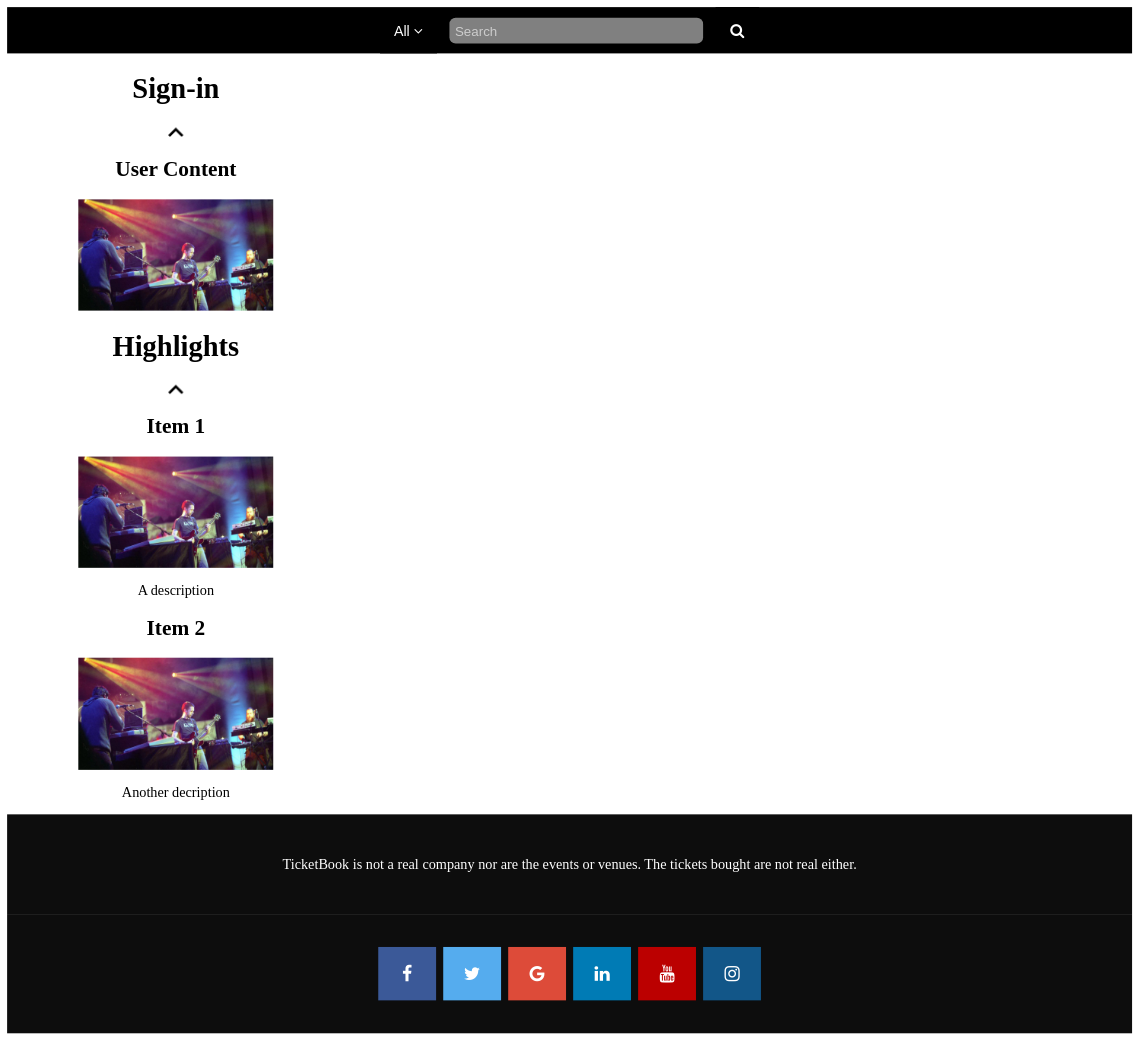
Repository: QAJamesClive/FullStackJC
Page: jboss-javaee-ticketbook/src/main/webapp/results.html
These files come from the project's save history. The page is drawn as it stood at one moment and after the next save; the edit follows.
The browser window is 1280 px wide. The pictures show the whole page, at 89% of full size.

Above is the page before, as saved 2018-08-22 09:38:22.
Console error: TypeError: Cannot read properties of undefined (reading 'split')

### jboss-javaee-ticketbook/src/main/webapp/results.html
<html>
    <head>
        <link rel="stylesheet" href="https://cdnjs.cloudflare.com/ajax/libs/font-awesome/4.7.0/css/font-awesome.min.css">
        <link rel="stylesheet" href="style/footer.css">
        <link rel="stylesheet" href="style/main.css">
        <link rel="stylesheet" href="style/header.css">
        <link rel="stylesheet" href="style/results.css">
    </head>
    <body>
        <header>
            <div id = "search">
                <div class="dropdown">
                    <button onclick="dropdown()" id ="dropbtn" class ="dropbtn">All <i class="fa fa-angle-down"></i></button>
                    <div id="myDropdown" class="dropdown-content">
                        <a onclick="setFilter('Bands')">Bands</a>
                        <a onclick="setFilter('Venues')">Venues</a>
                        <a onclick="setFilter('Events')">Events</a>
                        <a onclick="setFilter('All')">All</a>
                    </div>
                </div>
                <input type="text" id="searchTerm" placeholder="Search">
                <button onclick="location.href='/results.html'"id="searchBtn" class="fa fa-search"></button>
            </div>
        </header>
        <main>
            <div id = leftSection>
                <div id = "Section">
                    <div id="profile">
                        <h1>Sign-in</h1>
                        <img src="img/up.png" onclick="hideSection('user')" id = "userHide">
                        <img src="img/down.png" onclick="showSection('user')" id = "userShow">
                        <div id ="userContent">
                            <div id = "Item">
                            <h2>User Content</h2>
                            <img src="img/gig.jpeg">
                        </div>
                        </div>
                    </div>
                </div>
                <div id = "Section">
                    <div id =highlights>
                        <h1>Highlights</h1>
                        <img src="img/up.png" onclick="hideSection('highlight')" id = "highlightHide">
                        <img src="img/down.png" onclick="showSection('highlight')" id = "highlightShow">
                        <div id = "highlightContent">
                        </div>
                    </div>
                </div>
            </div>
            <div id = rightSection>
                <div id = "Section">

                </div>
                <div id = "Section">

                </div>
            </div>
            </div>
        </main>
        <footer>
            <div id = "disclaimer">
                <p>TicketBook is not a real company nor are
                    the events or venues. The tickets bought
                    are not real either.</p>
            </div>
            <div id ="socialMedia">
                <a href="#" class="fa fa-facebook"></a>
                <a href="#" class="fa fa-twitter"></a>
                <a href="#" class="fa fa-google"></a>
                <a href="#" class="fa fa-linkedin"></a>
                <a href="#" class="fa fa-youtube"></a>
                <a href="#" class="fa fa-instagram"></a>
            </div>
        </footer>
    </body>
    <script src="script/highlight.js"></script>
    <script src="script/search.js"></script>
    <script src="script/resultsPage.js"></script>
</html>

### jboss-javaee-ticketbook/src/main/webapp/style/footer.css
#socialMedia{
  text-align: center;
  padding-bottom: 2.5%;
  padding-top: 2.5%;
  background-color: #0d0d0d;
}
#disclaimer{
  text-align: center;
  padding-bottom: 2.5%;
  padding-top: 2.5%;
  background-color: #0d0d0d;
  color:white;
}
#socialMedia .fa {
  padding: 20px;
  font-size: 20px;
  width: 25px;
  text-align: center;
  text-decoration: none;
  margin: 5px 2px;
}

#socialMedia .fa:hover {
    opacity: 0.7;
    cursor: pointer;
}

#socialMedia .fa-facebook {
  background: #3B5998;
  color: white;
}

#socialMedia .fa-twitter {
  background: #55ACEE;
  color: white;
}

#socialMedia .fa-google {
  background: #dd4b39;
  color: white;
}

#socialMedia .fa-linkedin {
  background: #007bb5;
  color: white;
}

#socialMedia .fa-youtube {
  background: #bb0000;
  color: white;
}

#socialMedia .fa-instagram {
  background: #125688;
  color: white;
}

### jboss-javaee-ticketbook/src/main/webapp/style/main.css
#Section{
    padding-left:5%;
    padding-right:5%;
    text-align: center;
}
#Item{
    padding-left:10%;
    padding-right:10%;
}
#Item:hover{
    opacity:0.5;
    cursor: pointer;
}
#Item img{
    width: 80%;
}
#highlightHide,#userHide{
    width:5%;
}
#highlightHide:hover, #highlightShow:hover,#userHide:hover,#userShow:hover{
    opacity:0.5;
    cursor: pointer;
}
#highlightShow,#userShow{
    width:5%;
    display: none;
}

### jboss-javaee-ticketbook/src/main/webapp/style/header.css
#search{
    padding-left:5%;
    padding-right:5%;
    text-align: center;
    background-color: black;
}
#searchTerm{
    background-color: grey;
    color: white;
    margin: 10px;
    font-size: 15px;
    border: none;
    padding:6px;
    border-radius: 7px;
    width:25%;
}
#searchTerm:hover{
    cursor: pointer;
}
::placeholder {
    color: white;
    opacity: .6;
}
#searchTerm:focus {
    outline:none;
}
.dropbtn {
    background-color: black;
    color: white;
    padding: 16px;
    font-size: 16px;
    border: none;
    cursor: pointer;
    border: noe;
}

.dropdown {
    position: relative;
    display: inline-block;
}
.dropdown-content {
    display: none;
    position: absolute;
    background-color: #f1f1f1;
    min-width: 160px;
    overflow: auto;
    box-shadow: 0px 8px 16px 0px rgba(0,0,0,0.2);
    z-index: 1;
}

.dropdown-content a {
    color: black;
    padding: 12px 16px;
    text-decoration: none;
    display: block;
}

.dropdown a:hover {
    background-color: #ddd;
}
.dropbtn:focus {
    outline:none;
}


.dropdown .show {
    display: block;
}

#searchBtn{
    background-color: black;
    color: white;
    padding: 17px;
    font-size: 17px;
    border: none;
    cursor: pointer;
}
#searchBtn:focus {
    outline:none;
}

### jboss-javaee-ticketbook/src/main/webapp/style/results.css
#leftSection{
    width :30%;
    display:inline-block;
    vertical-align: top;
}
#rightSection{
    width:60%;
    display:inline-block;
    vertical-align: top
}
#searchResults{
    margin-top: 10%;
    width:80%;
    margin-left:auto;
    margin-right:auto;
    text-align: center;
}
#searchResult{
    margin-top: 5%;
    width:100%;
    display: block;
    text-align:left;
}
#searchOptions{
    margin-left:auto;
    margin-right:auto;
    margin-top: 10%;
    width:80%;
}

### jboss-javaee-ticketbook/src/main/webapp/script/highlight.js
function hideSection(section){
    document.getElementById(section+"Content").style.display ="none";
    document.getElementById(section+"Show").style.display="inline"
    document.getElementById(section+"Hide").style.display="none"
    document.getElementById(section+"Show").style.textAlign="center";
}
function showSection(section){
    document.getElementById(section+"Content").style.display="inline";
    document.getElementById(section+"Hide").style.display="inline"
    document.getElementById(section+"Show").style.display="none"
    document.getElementById(section+"Hide").style.textAlign="center";
}

var highlights = [
    { title: 'Item 1', image: "img/gig.jpeg", description: "A description" },
    { title: 'Item 2', image: "img/gig.jpeg", description: "Another decription" },
];

for(i=0;i<highlights.length;i++){
    highlightContent = document.getElementById('highlightContent');
    highlightSection = document.createElement('div');
    highlightSection.innerHTML = "<h2>" + highlights[i].title + "</h2><img src='" + highlights[i].image + "'><p>" + highlights[i].description + "</p>";
    highlightSection.id = "Item";
    highlightContent.appendChild(highlightSection);
}

### jboss-javaee-ticketbook/src/main/webapp/script/search.js
function dropdown() {
    document.getElementById("myDropdown").classList.toggle("show");
}

// Close the dropdown if the user clicks outside of it
window.onclick = function(event) {
  if (!event.target.matches('.dropbtn')) {

    var dropdowns = document.getElementsByClassName("dropdown-content");
    var i;
    for (i = 0; i < dropdowns.length; i++) {
      var openDropdown = dropdowns[i];
      if (openDropdown.classList.contains('show')) {
        openDropdown.classList.remove('show');
      }
    }
  }
}
function setFilter(item){
    filter = document.getElementById("dropbtn").textContent;
    document.getElementById("dropbtn").innerHTML = item + ' <i class="fa fa-angle-down"></i>';
    listOfItems = document.getElementById("myDropdown");
    console.log(filter);
}
function search(page){
  input = document.getElementById("searchTerm").value;
  filter = document.getElementById("dropbtn").textContent;
  console.log(input);
  console.log(filter);
  var queryString = "?para1=" + input + "&para2=" + filter;
  window.location.href = page+".html" + queryString;
}

### jboss-javaee-ticketbook/src/main/webapp/script/resultsPage.js

getdata();
	function getdata(){
	    var queryString = decodeURIComponent(window.location.search);
	    queryString = queryString.substring(1);
	    var queries = queryString.split("&");
	    var searchList = queries[0].split("=");
	    var search = searchList[1];
	    var searchTypeList = queries[1].split("=");
	    var searchType = searchTypeList[1];

	    var requestURL = 'http://localhost:8080/jboss-javaee-ticketbook/example/web/find/'+search+'/'+searchType;
	    var request = new XMLHttpRequest();

	    request.open('GET', requestURL);
	    request.responseType = 'json';
	    request.send();
	    request.onload = function () {
	    var reply = request.response;
	    for (i in reply){
	    	replyI = reply[i];
	    	for(j in replyI){
		    	var myH1 = document.createElement('h1');
		        myH1.textContent = j+" "+replyI[j];
		        document.getElementsByID('rightSection')[0].appendChild(myH1);
	    	}
	    }
	}

}

After the next save:
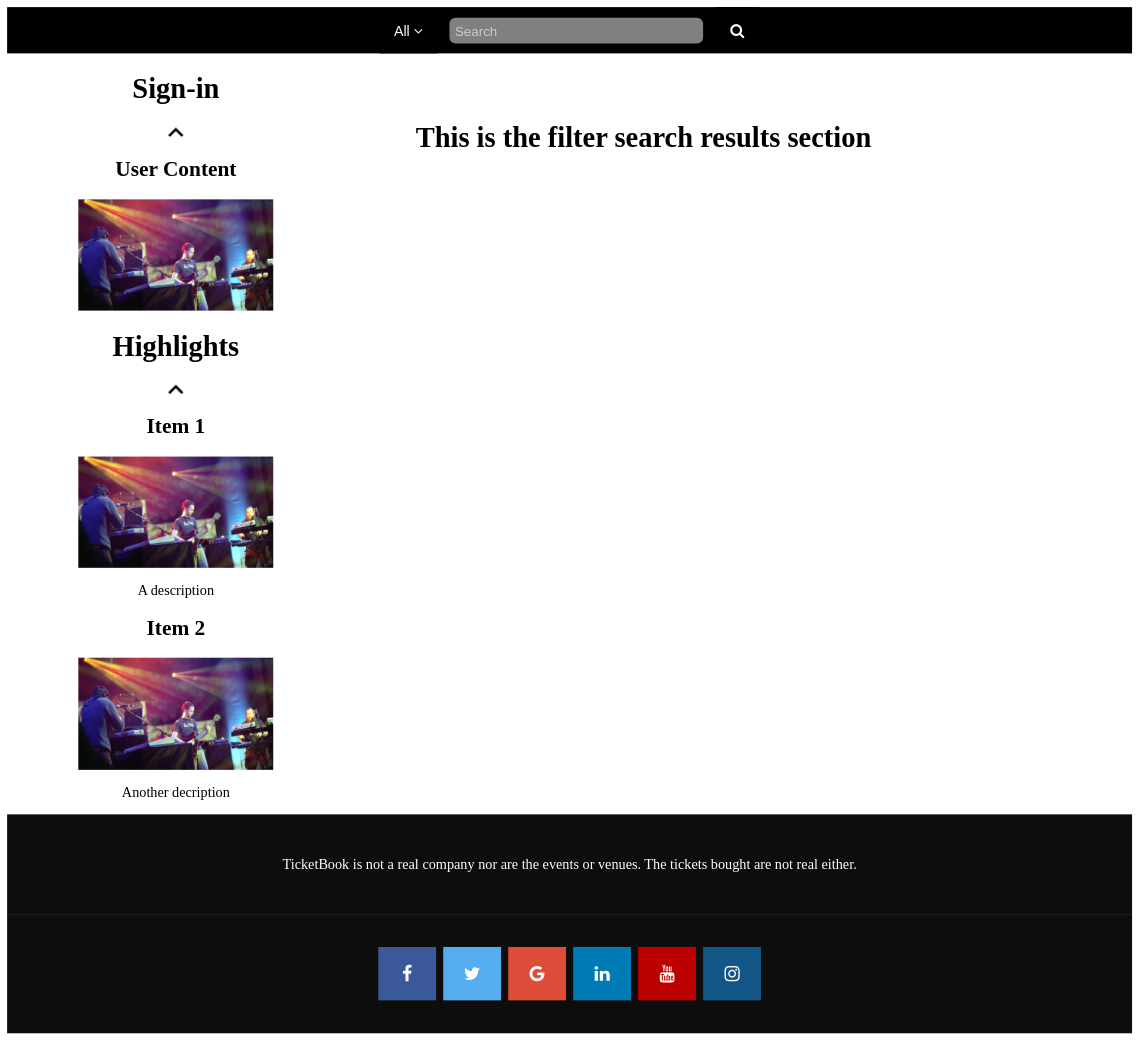
Saved 6 s later.
--- a/jboss-javaee-ticketbook/src/main/webapp/results.html
+++ b/jboss-javaee-ticketbook/src/main/webapp/results.html
@@ -48,10 +48,10 @@
                 </div>
             </div>
             <div id = rightSection>
-                <div id = "Section">
-
-                </div>
-                <div id = "Section">
+                <div id = "searchOptions">
+                    <h1>This is the filter search results section</h1>
+                    </div>
+                <div id = "searchResults">
 
                 </div>
             </div>
